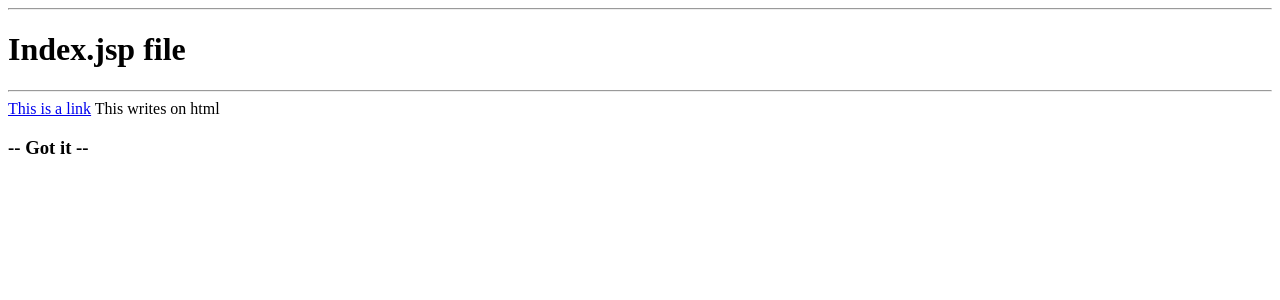
Repository: suraj-repositories/java-practice-2-advance-java-1
Page: http://localhost/Ad_09_JSPuse/
The author's editor kept a copy of each file at every save. The page is drawn from the files as they stood at one save, then again after the next save.
The browser window is 1280 px wide. The pictures show the whole page.
The page is served by Tomcat 9.

Above is the page before, as saved 2023-07-21 12:48:05.

After the next save:
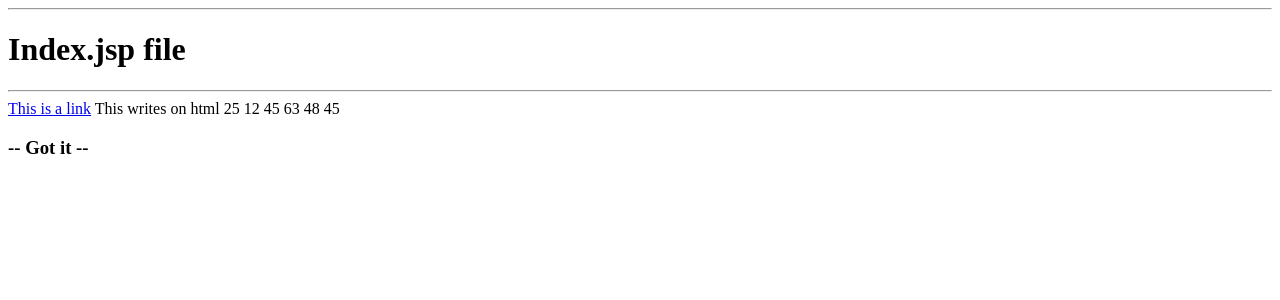
Saved 7 min 58 s later.
--- a/Ad_09_JSPuse/src/main/webapp/index.jsp
+++ b/Ad_09_JSPuse/src/main/webapp/index.jsp
@@ -11,8 +11,15 @@
 <h1>Index.jsp file</h1>
 <hr>
 <a href="link">This is a link</a>
-<%
-	// you can write java & html both in jsp file
+
+<!-- DECLARATION -->
+<%!
+
+
+%>
+
+<!-- SCTIPT LIT -->
+<%	// you can write java & html both in jsp file
 
 	System.out.println("hello world");
 	int i=90;
@@ -22,6 +29,15 @@
 	out.write("This writes on html");
 %>
 
+<%
+	int arr[] = new int[]{25,12,45,63,48,45};
+
+	for(int index : arr){%>
+		<%= index %>
+	<%}
+
+
+%>
 
 <h3> -- Got it --</h3>
 </body>
